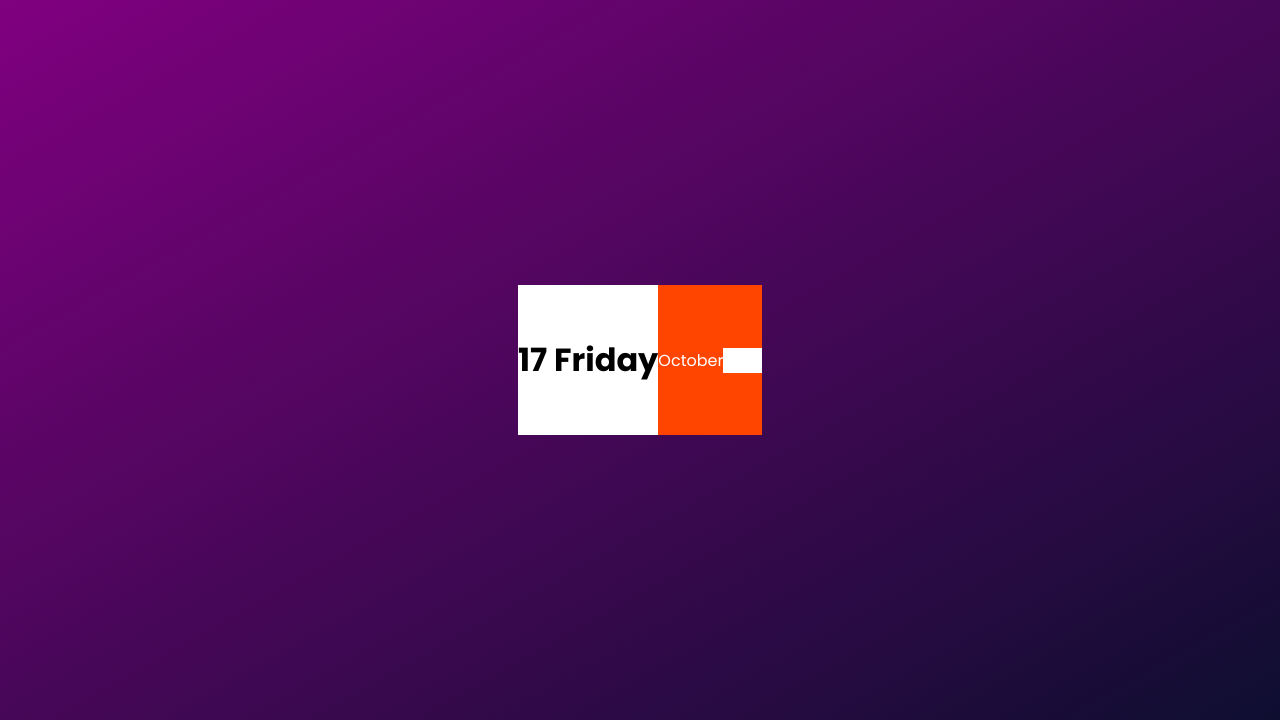
Repository: Ankitkr2021/Calendar
Page: index.html
These files come from the project's save history. The page is drawn as it stood at one moment and after the next save; the edit follows.
The browser window is 1280 px wide. The pictures show the whole page.

Above is the page before, as saved 2025-10-17 19:25:14.

### index.html
<!DOCTYPE html>
<html lang="en">
<head>
    <meta charset="UTF-8">
    <meta name="viewport" content="width=device-width, initial-scale=1.0">
    <title>Document</title>
    <link rel="stylesheet" href="./style.css">
</head>
<body>
    <div class="box">
        <div class="date"><h1>17 Friday</h1></div>
        <div class="month">
            <div class="mon">October</div>
            <div class="year">2025</div>
        </div>
    </div>
</body>
</html>

### style.css
@import url('https://fonts.googleapis.com/css2?family=Poppins:wght@100;200;300;400;500;600;700;800;900&display=swap');

*{
    margin: 0;
    padding: 0;
    box-sizing: border-box;
    font-family: "Poppins",sans-serif;
}

.box {
    display: flex;
    align-items: center;
    justify-content: center;
    height: 100vh;
    background: linear-gradient(to bottom right, purple, rgb(14, 14, 48));
    color: #fff;
}

.date {
    background: #fff;
    color: #000;
    height: 150px;
    display: flex;
    align-items: center;
    justify-content: center;

}

.mon {
    display: flex;
    align-items: center;
    justify-content: center;
}

.year {
    background: #fff;
    text-align: end;
}

.month{
    background: orangered;
    height: 150px;
    display: flex;
    align-items: center;
    justify-content: center;
}

After the next save:
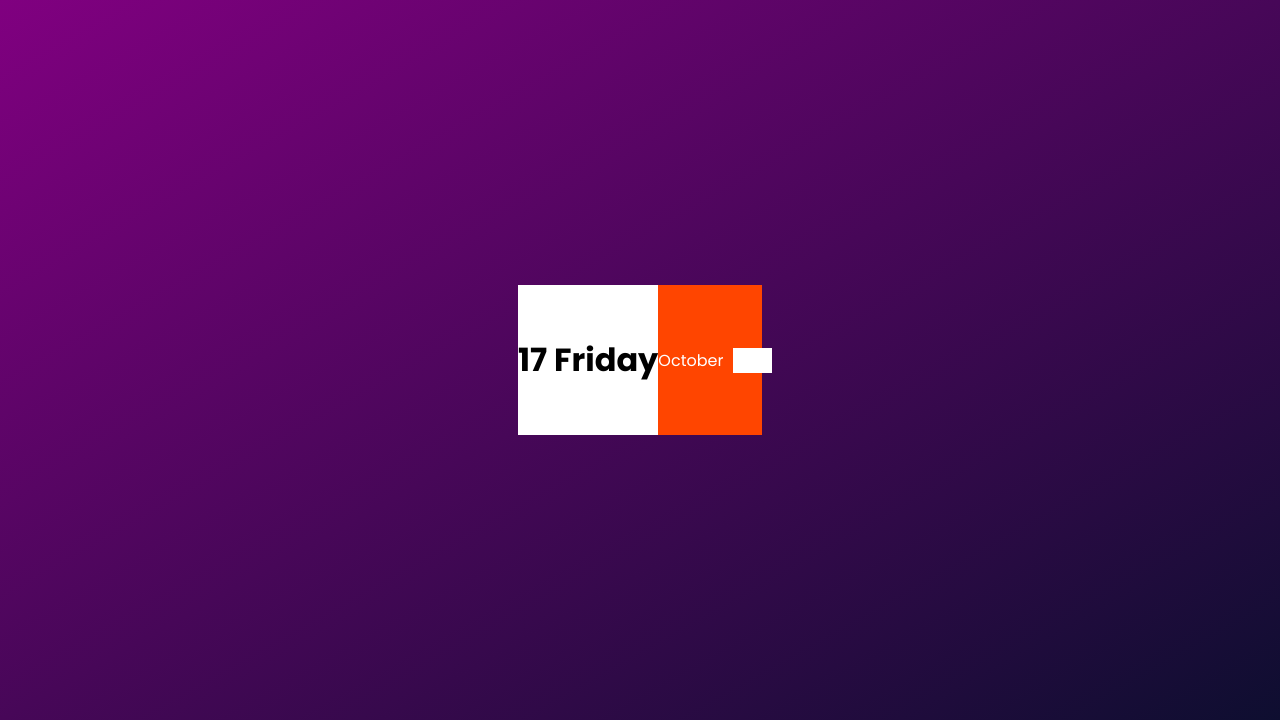
Saved 20 s later.
--- a/style.css
+++ b/style.css
@@ -34,7 +34,8 @@
 
 .year {
     background: #fff;
-    text-align: end;
+    position: relative;
+    left: 10px;
 }
 
 .month{
